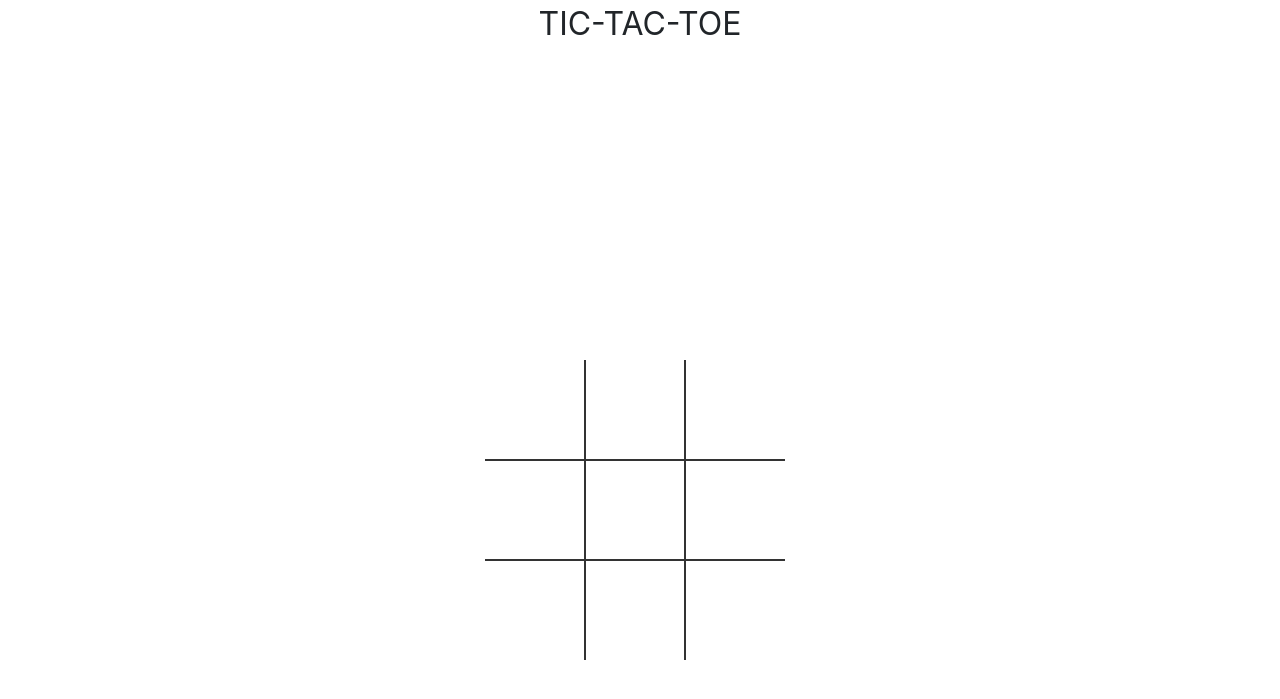
Repository: kiranshuaib/TicTacToe-game
Page: index.html
The author's editor kept a record of every edit. The page is drawn from the files as they stood at one moment, then again after the next edit.
The browser window is 1280 px wide. The pictures show the whole page.

Above is the page before.

### index.html
<!DOCTYPE html>
<html>

    <head>
        <title>Tic Tac Toe</title>
        <link rel="stylesheet" href="css/index.css" type="text/css" />
        <link rel="stylesheet" href="bower_components/bootstrap/dist/css/bootstrap.min.css" type="text/css" />
        <link rel="stylesheet" href="bower_components/font-awesome/web-fonts-with-css/css/fontawesome.min.css" type="text/css" />
        <script type="text/javascript" src="bower_components/jquery/dist/jquery.min.js"></script>

    </head>

    <body>
        <div class ="spacer">TIC-TAC-TOE</div>
        <table>
            <tr>
                <td class='cell'  id='0'></td>
                <td class='cell'  id='1'></td>
                <td class='cell'  id='2'></td>
            </tr>
            <tr>
                <td class='cell'  id='3'></td>
                <td class='cell'  id='4'></td>
                <td class='cell'  id='5'></td>
            </tr>
            <tr>
                <td class='cell'  id='6'></td>
                <td class='cell'  id='7'></td>
                <td class='cell'  id='8'></td>
            </tr>
        </table>
        <div class="endgame">
            <div class="text"></div>
            <button onclick="startGame()">Replay</button>
        </div>


        <script type="text/javascript" src="js/index.js"></script>
    </body>
    </html>

### css/index.css
.spacer{
    text-align: center;
    font-size: 32px;
}

td{
    border:2px solid #333;
    width:100px;
    height:100px;
    text-align: center;
    vertical-align: middle;
    font-family: "Comic Sans MS" cursive;
    font-size: 70px;
    cursor:pointer;
}

table{
    border-collapse: collapse;
    position:absolute;
    left:50%;
    top:50%;
    margin-left: -155px;
}

table tr:first-child td{
    border-top:0;
}

table tr:last-child td{
    border-bottom:0;
}

table tr td:first-child{
    border-left:0;
}

table tr td:last-child{
    border-right:0;
}



.endgame {
  display: none;
  width: 200px;
  top: 120px;
  background-color: rgba(205,133,63, 0.8);
  position: absolute;
  left: 50%;
  margin-left: -100px;
  padding-top: 50px;
  padding-bottom: 50px;
  text-align: center;
  border-radius: 5px;
  color: white;
  font-size: 2em;
}

### js/index.js
var origBoard;
const huPlayer = 'O';
const aiPlayer = 'X';
const winCombos = [
	[0, 1, 2],
	[3, 4, 5],
	[6, 7, 8],
	[0, 3, 6],
	[1, 4, 7],
	[2, 5, 8],
	[0, 4, 8],
	[6, 4, 2]
]

const cells = document.querySelectorAll('.cell');
startGame();

function startGame() {
	document.querySelector(".endgame").style.display = "none";
	origBoard = Array.from(Array(9).keys());
	for (var i = 0; i < cells.length; i++) {
		cells[i].innerText = '';
		cells[i].style.removeProperty('background-color');
		cells[i].addEventListener('click', turnClick, false);
	}
}

function turnClick(square) {
	if (typeof origBoard[square.target.id] == 'number') {
		turn(square.target.id, huPlayer)
		if (!checkWin(origBoard, huPlayer) && !checkTie()) turn(bestSpot(), aiPlayer);
	}
}

function turn(squareId, player) {
	origBoard[squareId] = player;
	document.getElementById(squareId).innerText = player;
	let gameWon = checkWin(origBoard, player)
	if (gameWon) gameOver(gameWon)
}

function checkWin(board, player) {
	let plays = board.reduce((a, e, i) =>
		(e === player) ? a.concat(i) : a, []);
	let gameWon = null;
	for (let [index, win] of winCombos.entries()) {
		if (win.every(elem => plays.indexOf(elem) > -1)) {
			gameWon = {index: index, player: player};
			break;
		}
	}
	return gameWon;
}

function gameOver(gameWon) {
	for (let index of winCombos[gameWon.index]) {
		document.getElementById(index).style.backgroundColor =
			gameWon.player == huPlayer ? "blue" : "red";
	}
	for (var i = 0; i < cells.length; i++) {
		cells[i].removeEventListener('click', turnClick, false);
	}
	declareWinner(gameWon.player == huPlayer ? "You win!" : "You lose.");
}

function declareWinner(who) {
	document.querySelector(".endgame").style.display = "block";
	document.querySelector(".endgame .text").innerText = who;
}

function emptySquares() {
	return origBoard.filter(s => typeof s == 'number');
}

function bestSpot() {
	return minimax(origBoard, aiPlayer).index;
}

function checkTie() {
	if (emptySquares().length == 0) {
		for (var i = 0; i < cells.length; i++) {
			cells[i].style.backgroundColor = "green";
			cells[i].removeEventListener('click', turnClick, false);
		}
		declareWinner("Tie Game!")
		return true;
	}
	return false;
}

function minimax(newBoard, player) {
	var availSpots = emptySquares(newBoard);

	if (checkWin(newBoard, huPlayer)) {
		return {score: -10};
	} else if (checkWin(newBoard, aiPlayer)) {
		return {score: 10};
	} else if (availSpots.length === 0) {
		return {score: 0};
	}
	var moves = [];
	for (var i = 0; i < availSpots.length; i++) {
		var move = {};
		move.index = newBoard[availSpots[i]];
		newBoard[availSpots[i]] = player;

		if (player == aiPlayer) {
			var result = minimax(newBoard, huPlayer);
			move.score = result.score;
		} else {
			var result = minimax(newBoard, aiPlayer);
			move.score = result.score;
		}

		newBoard[availSpots[i]] = move.index;

		moves.push(move);
	}

	var bestMove;
	if(player === aiPlayer) {
		var bestScore = -10000;
		for(var i = 0; i < moves.length; i++) {
			if (moves[i].score > bestScore) {
				bestScore = moves[i].score;
				bestMove = i;
			}
		}
	} else {
		var bestScore = 10000;
		for(var i = 0; i < moves.length; i++) {
			if (moves[i].score < bestScore) {
				bestScore = moves[i].score;
				bestMove = i;
			}
		}
	}

	return moves[bestMove];
}

Loaded but not shown: bower_components/bootstrap/dist/css/bootstrap.min.css (library); bower_components/font-awesome/web-fonts-with-css/css/fontawesome.min.css (library); bower_components/jquery/dist/jquery.min.js (library)

After the next edit:
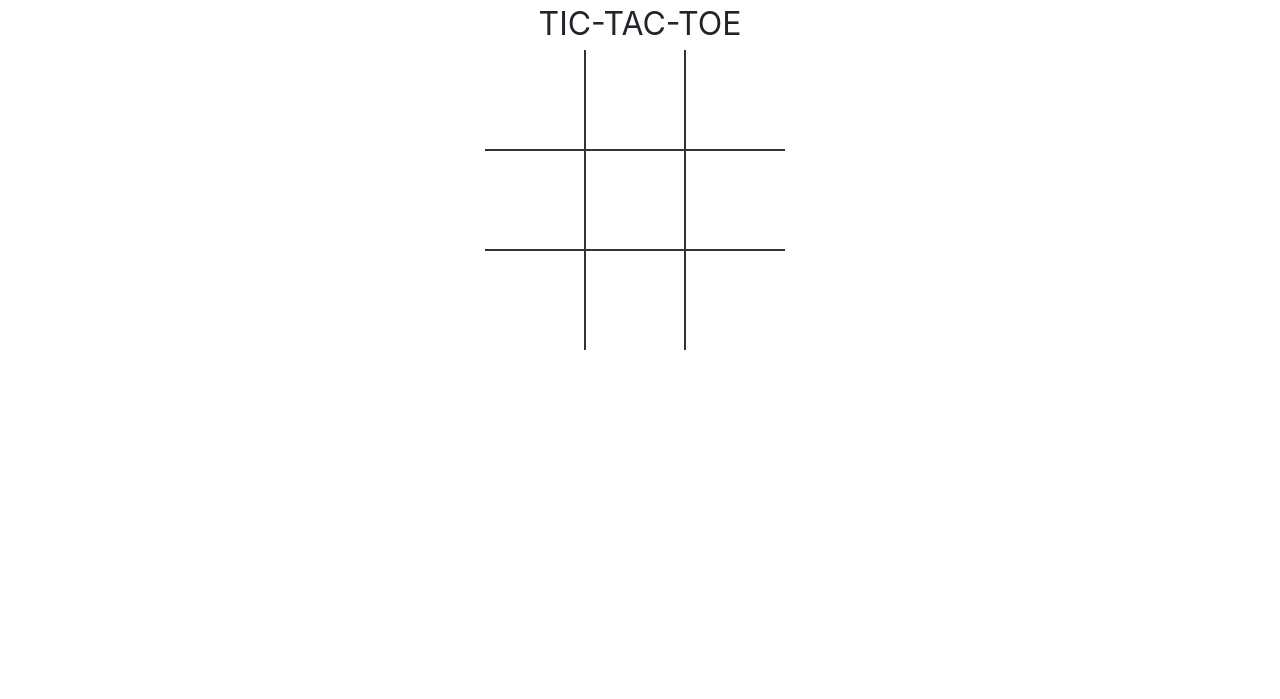
The edit:
--- a/css/index.css
+++ b/css/index.css
@@ -3,42 +3,40 @@
     font-size: 32px;
 }
 
-td{
-    border:2px solid #333;
-    width:100px;
-    height:100px;
-    text-align: center;
-    vertical-align: middle;
-    font-family: "Comic Sans MS" cursive;
-    font-size: 70px;
-    cursor:pointer;
+td {
+	border:  2px solid #333;
+	height:  100px;
+	width:  100px;
+	text-align:  center;
+	vertical-align:  middle;
+	font-family:  "Comic Sans MS", cursive, sans-serif;
+	font-size:  70px;
+	cursor: pointer;
 }
 
-table{
-    border-collapse: collapse;
-    position:absolute;
-    left:50%;
-    top:50%;
-    margin-left: -155px;
+table {
+	border-collapse: collapse;
+	position: absolute;
+	left: 50%;
+	margin-left: -155px;
+	top: 50px;
 }
 
-table tr:first-child td{
-    border-top:0;
+table tr:first-child td {
+	border-top: 0;
 }
 
-table tr:last-child td{
-    border-bottom:0;
+table tr:last-child td {
+	border-bottom: 0;
 }
 
-table tr td:first-child{
-    border-left:0;
+table tr td:first-child {
+	border-left: 0;
 }
 
-table tr td:last-child{
-    border-right:0;
+table tr td:last-child {
+	border-right: 0;
 }
-
-
 
 .endgame {
   display: none;
